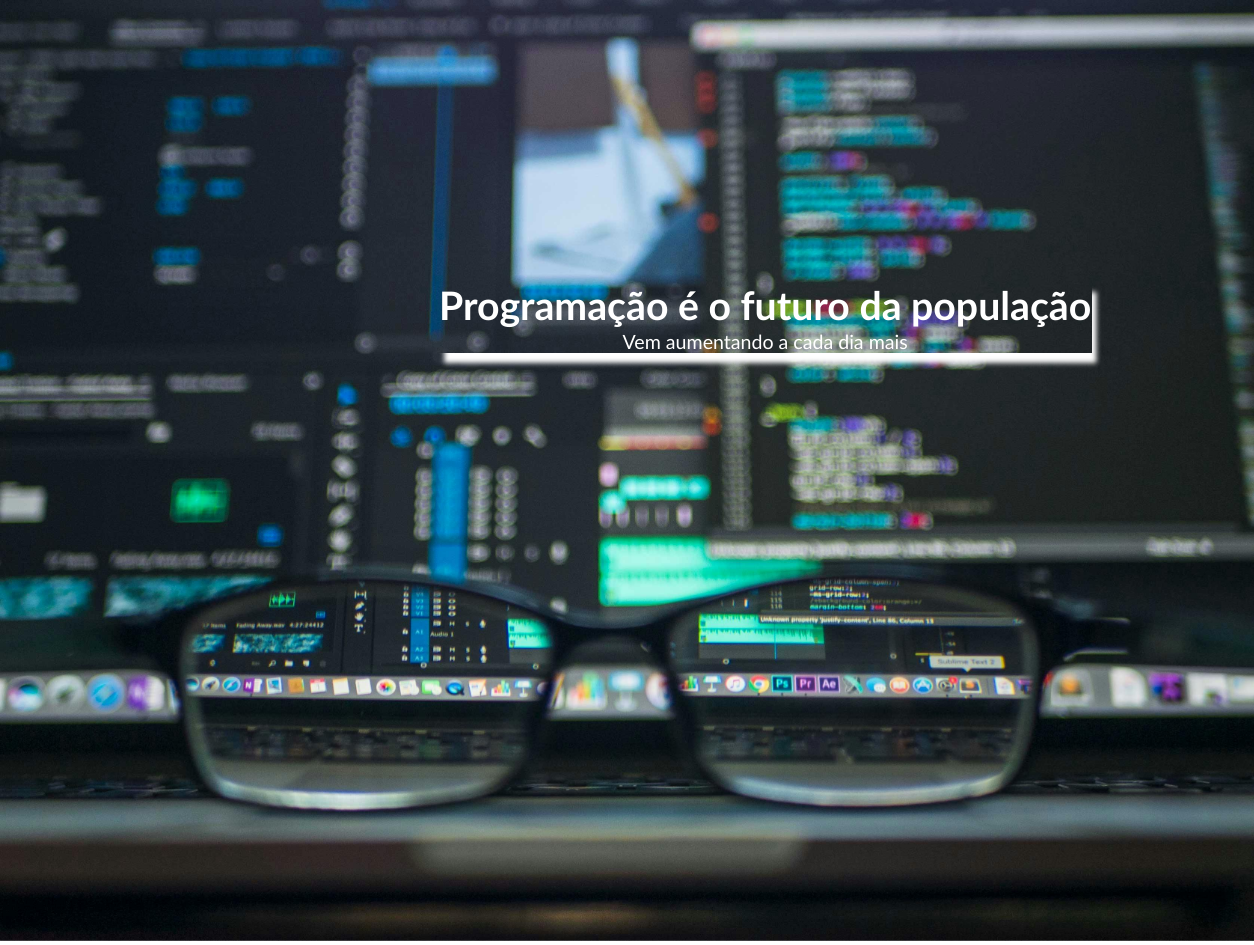
Repository: Caiquedev123/Sites
Page: index.html
The author's editor kept a copy of each file at every save. The page is drawn from the files as they stood at one save, then again after a run of saves.
The browser window is 1280 px wide. The pictures show the whole page, at 98% of full size.

Above is the page before, as saved 2024-07-22 14:25:31.

After the next 2 saves:
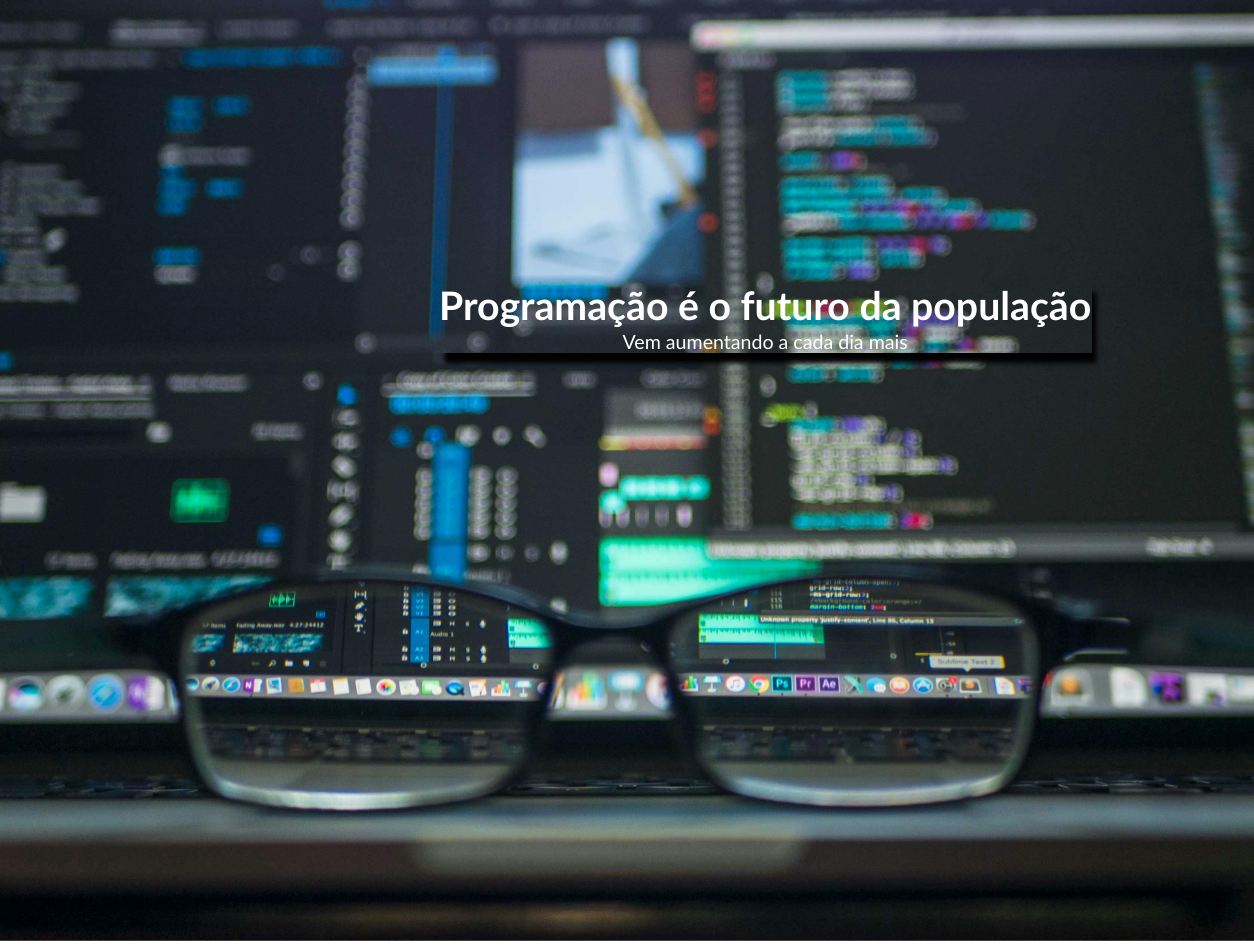
The 2 saves are shown as one change because they came seconds apart.
The last was saved 5 s later.
--- a/style.css
+++ b/style.css
@@ -9,7 +9,7 @@
     color: rgb(255, 255, 255);
     font-family: 'Gill Sans', 'Gill Sans MT', Calibri, 'Trebuchet MS', sans-serif;
     font-size: 20px;
-    box-shadow: 5px 10px 5px;
+    box-shadow: 5px 10px 5px black;
 }
 
 img{
